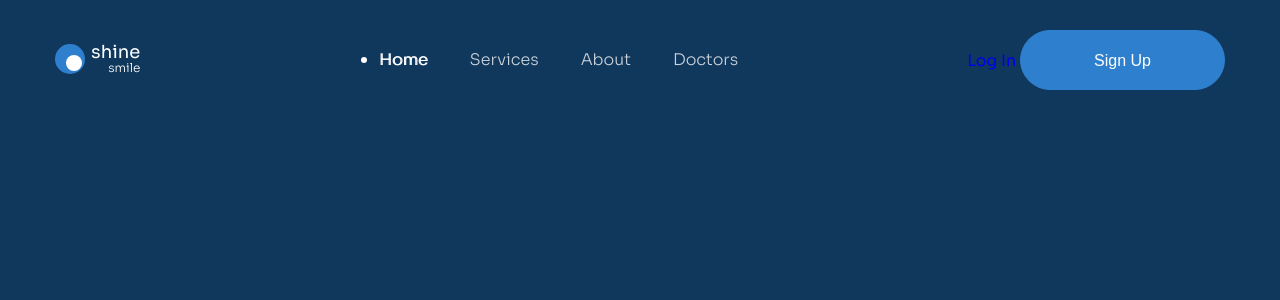
Repository: anhtien111198/f8-htmlcss-03
Page: index.html
The author's editor kept a copy of each file at every save. The page is drawn from the files as they stood at one save, then again after the next save.
The browser window is 1280 px wide. The pictures show the whole page.

Above is the page before, as saved 2023-05-12 10:49:49.

After the next save:
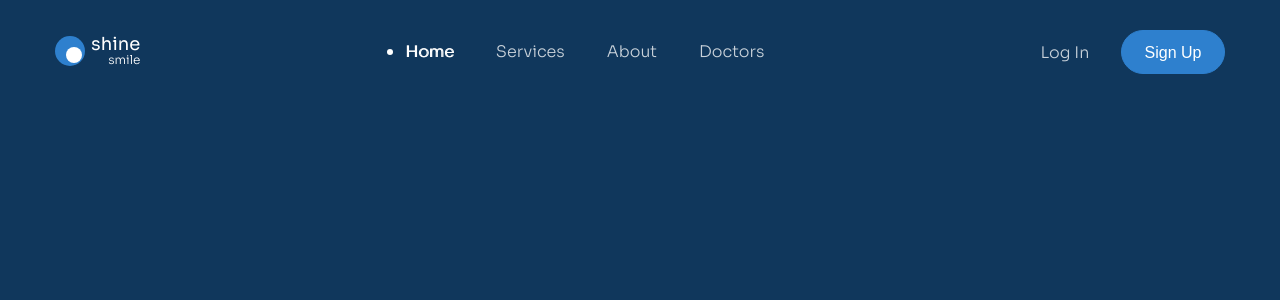
Saved 59 s later.
--- a/assets/css/style.css
+++ b/assets/css/style.css
@@ -93,7 +93,7 @@ a {
 .navbar__list {
     display: flex;
 }
-.action__login,
+.header-action__login,
 .navbar__link {
     padding: 4px 21px;
     font-weight: 300;
@@ -116,7 +116,10 @@ a {
     border-radius: 50%;
     background: #fff;
 }
-.action__signup {
+.header-action__login {
+    margin-right: 7px;
+}
+.header-action__signup {
     --height: 44px;
     min-width: 104px;
 }
